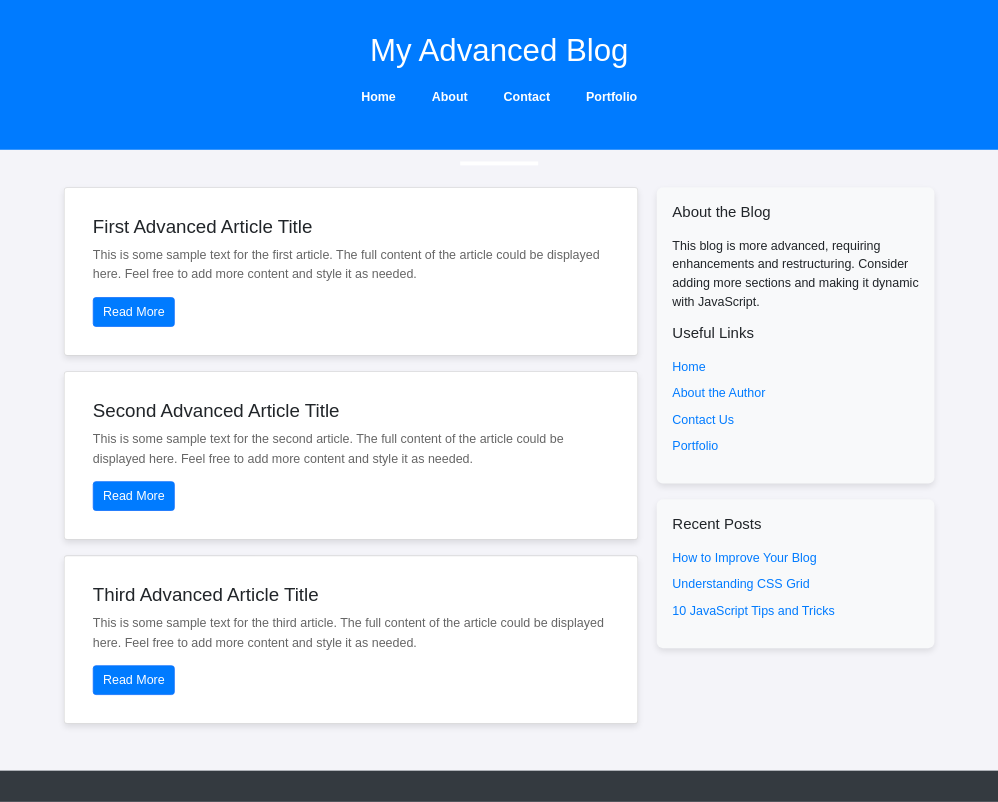
Repository: zeinawady/Blog-Code-Refactoring
Page: index.html
An editor plug-in stored every save of this project. The page is shown before and after the next save, followed by the edit.
The browser window is 1280 px wide. The pictures show the whole page, at 78% of full size.
Some web libraries are served in a nearby version.

Above is the page before, as saved 2024-09-23 16:03:52.

### index.html
<!DOCTYPE html>
<html lang="en">
  <head>
    <meta charset="UTF-8" />
    <meta name="viewport" content="width=device-width, initial-scale=1.0" />
    <title>My Advanced Blog</title>

    <link
      href="https://cdn.jsdelivr.net/npm/bootstrap@5.1.3/dist/css/bootstrap.min.css"
      rel="stylesheet"
    />
    <link rel="stylesheet" href="https://cdnjs.cloudflare.com/ajax/libs/font-awesome/6.6.0/css/all.min.css" integrity="sha512-Kc323vGBEqzTmouAECnVceyQqyqdsSiqLQISBL29aUW4U/M7pSPA/gEUZQqv1cwx4OnYxTxve5UMg5GT6L4JJg==" crossorigin="anonymous" referrerpolicy="no-referrer" />
    <link rel="stylesheet" href="style.css">
  </head>
  <body>

    <header>
      <h1 class="text-center text-white">My Advanced Blog</h1>
      <nav class="navbar navbar-expand-lg bg-body-tertiary">
        <div class="container">
          <button class="navbar-toggler ms-auto" type="button" data-bs-toggle="collapse" data-bs-target="#navbarNavAltMarkup" aria-controls="navbarNavAltMarkup" aria-expanded="false" aria-label="Toggle navigation">
            <span class="navbar-toggler-icon text-white"><i class="fas fa-bars"></i></span>
          </button>
          <div class="collapse navbar-collapse justify-content-center" id="navbarNavAltMarkup">
            <div class="navbar-nav">
              <a class="nav-link active text-white" aria-current="page" href="#">Home</a>
              <a class="nav-link text-white" href="#">About</a>
              <a class="nav-link text-white" href="#">Contact</a>
              <a class="nav-link text-white" href="#">Portfolio</a>
            </div>
          </div>
        </div>
      </nav>

    </header>
    <a href="#" onclick="toTop()" class="scroll-to-top" id="scrollToTopBtn"><i class="fa-solid fa-circle-up fa-bounce" style="color: #007bff;"></i></a>

    <div class="container mt-5">
      <div class="row">
        <div class="col-lg-8">

          <article class="card">
            <div class="card-body">
            <h2 class="card-title">First Advanced Article Title</h2>
            <p class="card-text">
              This is some sample text for the first article. The full content
              of the article could be displayed here. Feel free to add more
              content and style it as needed.
            </p>
            <button class="btn btn-primary">Read More</button>
         </div>
        </article>

        <article class="card">
          <div class="card-body">
          <h2 class="card-title">Second Advanced Article Title</h2>
          <p class="card-text">
            This is some sample text for the second article. The full content
            of the article could be displayed here. Feel free to add more
            content and style it as needed.
          </p>
          <button class="btn btn-primary">Read More</button>
       </div>
      </article>

      <article class="card">
        <div class="card-body">
        <h2 class="card-title">Third Advanced Article Title</h2>
        <p class="card-text">
          This is some sample text for the third article. The full content
          of the article could be displayed here. Feel free to add more
          content and style it as needed.
        </p>
        <button class="btn btn-primary">Read More</button>
     </div>
    </article>
        </div>

        <div class="col-md-4">
          <aside>
            <h3>About the Blog</h3>
            <p>
              This blog is more advanced, requiring enhancements and
              restructuring. Consider adding more sections and making it dynamic
              with JavaScript.
            </p>
            <h3>Useful Links</h3>
            <ul>
              <li><a href="#">Home</a></li>
              <li><a href="#">About the Author</a></li>
              <li><a href="#">Contact Us</a></li>
              <li><a href="#">Portfolio</a></li>
            </ul>
          </aside>
          <aside>
            <h3>Recent Posts</h3>
            <ul>
              <li><a href="#">How to Improve Your Blog</a></li>
              <li><a href="#">Understanding CSS Grid</a></li>
              <li><a href="#">10 JavaScript Tips and Tricks</a></li>
            </ul>
          </aside>
        </div>
      </div>
    </div>

    <footer>

    </footer>

    <script src="https://cdn.jsdelivr.net/npm/bootstrap@5.1.3/dist/js/bootstrap.bundle.min.js"></script>
  <script src="script.js"></script>
  </body>
</html>

### style.css
body {
    font-family: Arial, sans-serif;
    background-color: #f4f4f9;
  }
html{
    scroll-behavior: smooth;
}
  :root{
    --main-color:#007bff;
  }
  a{
    text-decoration: none;
  }
  header {
    background-color: var(--main-color);
    padding: 40px 0;
    position: relative;
  }
  header::after {
    content: "";
    position: absolute;
    bottom: -20px;
    left: 50%;
    transform: translateX(-50%);
    width: 100px;
    height: 5px;
    background-color:white;
  }
 .scroll-to-top{
    position: fixed;
    bottom: 70px;
    right: 30px;
    font-size: 35px;
    cursor: pointer;
    display: none;
 }
  nav a {
    margin: 0 15px;
    font-weight: bold;
    transition: 0.3s;
  }
  nav a:hover {
    text-decoration: underline;
  }
  article{
    /* border: 1px solid #ddd; */
    margin-bottom: 20px;
    padding: 20px;
    box-shadow: 0 4px 8px rgba(0, 0, 0, 0.1);
    transition: transform 0.3s ease, box-shadow 0.3s ease;
  }
  article:hover {
    transform: translateY(-5px);
    box-shadow: 0 8px 16px rgba(0, 0, 0, 0.2);
  }
  article h2 {
    font-size: 1.5rem;
  }
  article p {
    color: #666;
    line-height: 1.6;
  }
  article .btn-primary {
    background-color:var(--main-color);

  }

  aside {
    background-color: #f8f9fa;
    padding: 20px;
    border-radius: 8px;
    box-shadow: 0 4px 8px rgba(0, 0, 0, 0.1);
    margin-bottom: 20px;
  }
  aside h3 {
    margin-bottom: 20px;
    font-size: 1.2rem;
  }
  aside ul {
    list-style-type: none;
    padding-left: 0;
  }
  aside ul li {
    margin-bottom: 10px;
  }
  aside ul li a {
    color: var(--main-color);
  }
  aside ul li a:hover {
    text-decoration: underline;
  }
  footer {
    background-color: #343a40;
    padding: 20px;
    margin-top: 40px;
  }

### script.js
let scrollToTopBtn =document.getElementById('scrollToTopBtn');

window.onscroll= function(){
    if(document.body.scrollTop>100 || document.documentElement.scrollTop>100){
        scrollToTopBtn.style.display="block";
    }
    else{
        scrollToTopBtn.style.display="none";
    }
}

function toTop(){
    document.body.scrollTop=0;
}

After the next save:
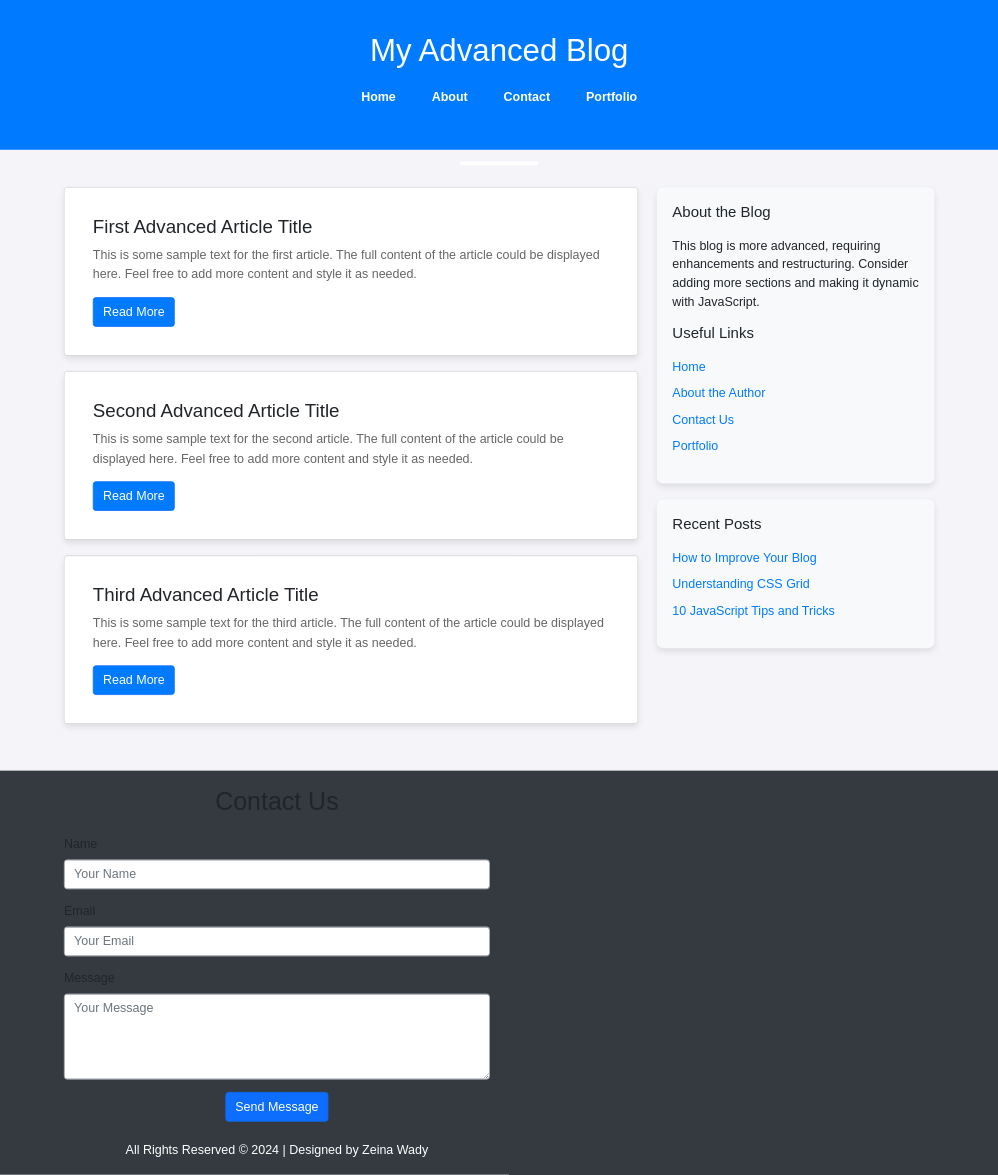
Saved 8 s later.
--- a/index.html
+++ b/index.html
@@ -105,7 +105,31 @@
     </div>
 
     <footer>
-
+      <div class="container">
+        <div class="row">
+          <div class="col-md-6">
+            <h2 class="text-center mb-4">Contact Us</h2>
+            <form action="#" method="POST" class="contact-form">
+              <div class="mb-3">
+                <label for="name" class="form-label">Name</label>
+                <input type="text" class="form-control" id="name" name="name" placeholder="Your Name" required />
+              </div>
+              <div class="mb-3">
+                <label for="email" class="form-label">Email</label>
+                <input type="email" class="form-control" id="email" name="email" placeholder="Your Email" required />
+              </div>
+              <div class="mb-3">
+                <label for="message" class="form-label">Message</label>
+                <textarea class="form-control" id="message" name="message" rows="4" placeholder="Your Message" required></textarea>
+              </div>
+              <div class="text-center">
+                <button type="submit" class="btn btn-primary">Send Message</button>
+              </div>
+            </form>
+            <p class="text-white text-center m-0 mt-4">All Rights Reserved © 2024 | Designed by Zeina Wady</p>
+          </div>
+        </div>
+      </div>
     </footer>
 
     <script src="https://cdn.jsdelivr.net/npm/bootstrap@5.1.3/dist/js/bootstrap.bundle.min.js"></script>
